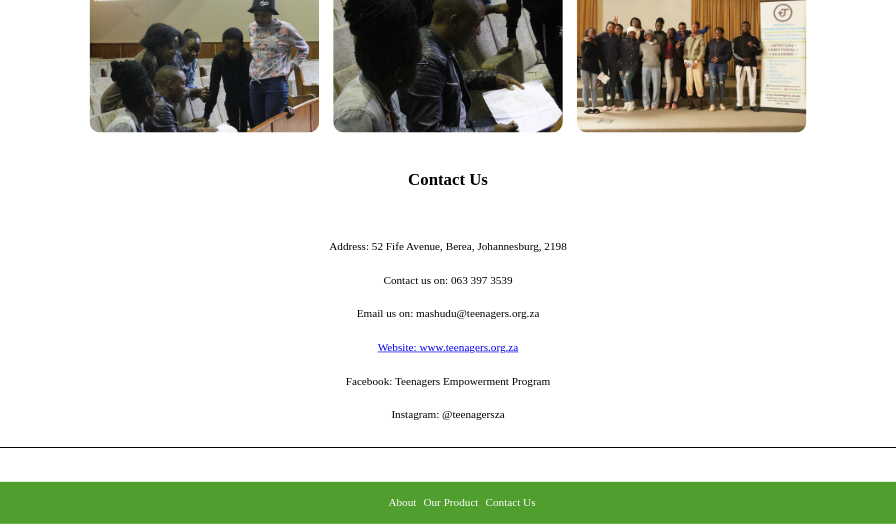
Repository: chadrackkyungu/4-BCT-TPH-Website
Page: index.html
The author's editor kept a copy of each file at every save. The page is drawn from the files as they stood at one save, then again after the next save.
The browser window is 1280 px wide. The pictures show the part of the page from y = 2265 to 4185 px (the page is 3014 px tall before and 5201 px after), at 70% of full size.

Above is the page before, as saved 2022-10-21 09:35:33.

### index.html
<!DOCTYPE html>
<html lang="en">

<head>
    <meta charset="UTF-8">
    <meta http-equiv="X-UA-Compatible" content="IE=edge">
    <meta name="viewport" content="width=device-width, initial-scale=1.0">
    <title> TPH LAB </title>
    <link rel="stylesheet" href="/src/css/style.css">
</head>

<body>

    <div class="navigation">
        <div class="logocontainer">
            <img class="image1" src="./src/images/logo.png" alt="">
        </div>

        <ul class="nav-link">
            <a href="#about">
                <li>About</li>
            </a>
            <a href="#product">
                <li>Our Product</li>
            </a>
            <a href="#contact">
                <li>Contact Us</li>
            </a>
        </ul>
    </div>

    <div class="section1">
        <h2 class="title"> TEEN PRENEUR HUB 2022</h2>

        <div class="image-container">
            <img src="./src/images/img-2.jpeg" alt="">
        </div>
    </div>

    <div class="section1">
        <a id="about">
            <h2 class="title"> About Us</h2>
        </a>

        <div class="aboutcontainer">
            <div class="image-container">
                <img src="./src/images/img-4.jpeg" alt="">
            </div>


            <div class="contentcontainer">
                <h2>The Teenpreneur Hub</h2>

                <p>The Teenpreneur Hub is a teenage-based organisation with students that are built by the future. We aim to impact lives while making money. We do this through skills based learning in the disciplines of Technology, where we learn to create
                    websites such as this one that was created by the students of the Technology Hub, Media where we learn about photography and produce quality photos such as the ones posted on this webpage as well as Arts where we learn to do Graphic
                    Designing of Business Logos such as our Teenpreneur Hub logo.</p>

                <h2>Q-Leds</h2>

                <p>Q-Leds is a teenage-based business that was started by the students of the TeenPreneur Hub as part of their Entrepreneurial learning. Q-Leds is a project that was started to solve the problem of load shedding that is currently plaguing
                    the country. Q-Leds is a light system that helps young people overcome the current load shedding problem by giving them a source of light to study at night. It also features a charging port and speakers as well as a holographic feature
                    which is our unique selling feature of the Q-Leds lighting system. It is built by the youth for the youth.
                </p>

            </div>

        </div>
    </div>

    <div class="section1">
        <a id="product">
            <h2 class="title">Our Product</h2>
        </a>


        <div class="productcontainer">
            <div class="prductimagecontainer">
                <img src="./src/images/img-4.jpeg" alt="">
            </div>
            <div class="prductimagecontainer">
                <img src="./src/images/img-5.jpeg" alt="">
            </div>
            <div class="prductimagecontainer">
                <img src="./src/images/img-6.jpeg" alt="">
            </div>
            <div class="prductimagecontainer">
                <img src="./src/images/img-7.jpeg" alt="">
            </div>
            <div class="prductimagecontainer">
                <img src="./src/images/img-8.jpeg" alt="">
            </div>
            <div class="prductimagecontainer">
                <img src="./src/images/img-9.jpeg" alt="">
            </div>

        </div>
    </div>

    <div class="section1">
        <a id="contact">
            <h2 class="title"> Contact Us</h2>
        </a>

        <div class="contactcontainer">
            <div class="contactcontent">
                <P>Address: 52 Fife Avenue, Berea, Johannesburg, 2198</P>
                <p>Contact us on: 063 397 3539</p>
                <p>Email us on: mashudu@teenagers.org.za</p>
                <p><a href="https://teenagers.org.za/" target=" "> Website: www.teenagers.org.za </a></p>
                <p>Facebook: Teenagers Empowerment Program</p>
                <p>Instagram: @teenagersza</p>
            </div>
        </div>
    </div>

    <div class="navigation">
        <ul class="nav-link">
            <a href="#about">
                <li>About</li>
            </a>
            <a href="#product">
                <li>Our Product</li>
            </a>
            <a href="#contact">
                <li>Contact Us</li>
            </a>
        </ul>
    </div>
</body>
<html>

### src/css/style.css
html,
body {
    box-sizing: 0;
    margin: 0;
    padding: 0;
}

p {
    line-height: 2em;
}


/* NAVBAR */

.navigation {
    background-color: #509e2e;
    display: flex;
    justify-content: space-around;
    align-items: center;
}

.image1 {
    width: 100px;
}

.nav-link {
    display: flex;
}

.nav-link li {
    list-style-type: none;
    padding: 5px;
    color: white;
}

.nav-link a {
    text-decoration: none !important;
}


/* SECTION 1 */

.section1 {
    width: 80%;
    margin: 0 auto;
}

img {
    border-radius: 15px;
}

.title {
    text-align: center;
    margin-bottom: 50px;
    margin-top: 50px;
}

.image-container {
    width: 100%;
    height: 100vh;
}

.image-container img {
    width: 100%;
    height: 65% !important;
}

.aboutcontainer {
    display: flex;
    justify-content: space-between;
    /* align-items: center; */
    /* border: 5px solid red; */
}

.aboutcontainer .image-container {
    margin-top: 5em;
}

.contentcontainer {
    margin-left: 60px;
    width: 100%;
    /* border: 5px solid #00ff2a; */
}

.productcontainer {
    display: grid;
    grid-template-columns: 1fr 1fr 1fr;
    gap: 20px;
}

.prductimagecontainer {
    width: 100%;
}

.prductimagecontainer img {
    width: 100%;
}

.contactcontainer {
    display: flex;
    justify-content: center;
    align-items: center;
    margin-bottom: 4em;
}

.contactcontent {
    margin: auto 0;
    text-align: center;
}

.logocontainer {
    width: 10%;
}

.logocontainer img {
    width: 50%;
    border-radius: 100%;
}

After the next save:
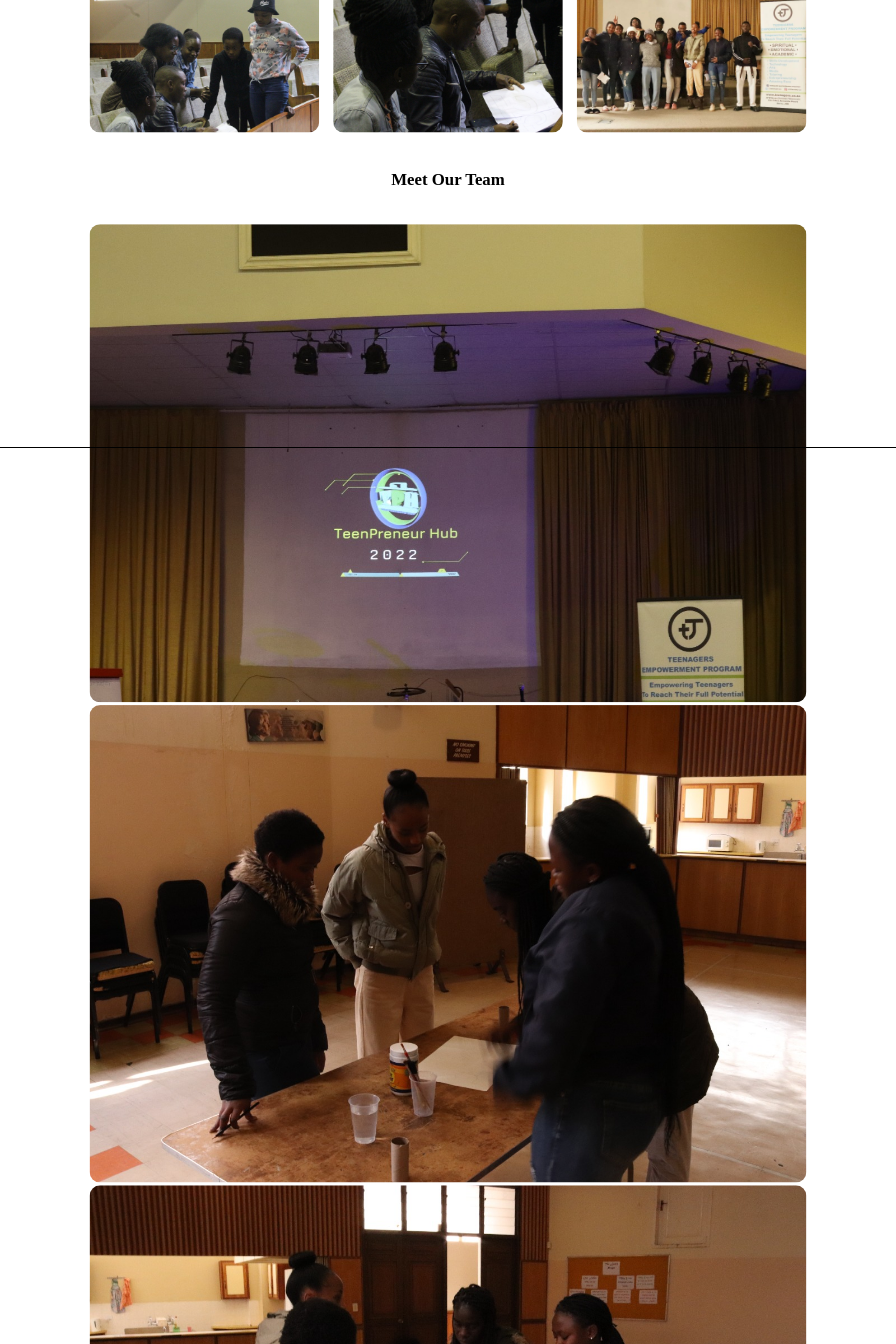
Saved 92 s later.
--- a/index.html
+++ b/index.html
@@ -96,6 +96,25 @@
         </div>
     </div>
 
+
+    <div class="section1">
+        <a id="product">
+            <h2 class="title">Meet Our Team</h2>
+        </a>
+
+        <div class="teamcontainer">
+            <div class="prductimagecontainer">
+                <img src="./src/images/img-4.jpeg" alt="">
+            </div>
+            <div class="prductimagecontainer">
+                <img src="./src/images/img-5.jpeg" alt="">
+            </div>
+            <div class="prductimagecontainer">
+                <img src="./src/images/img-6.jpeg" alt="">
+            </div>
+        </div>
+    </div>
+
     <div class="section1">
         <a id="contact">
             <h2 class="title"> Contact Us</h2>
